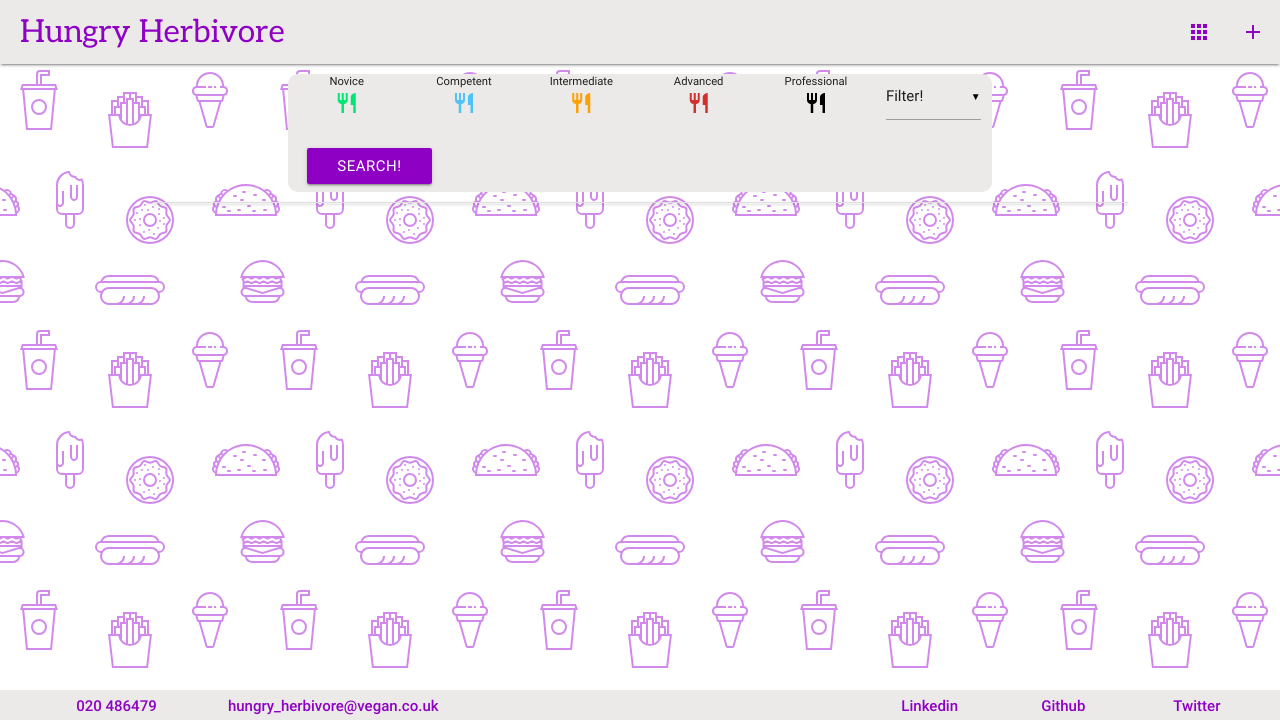
Repository: tgarratt/HungryHerbivore-Milestone3
Page: templates/recipes.html
The author's editor kept a record of every edit. The page is drawn from the files as they stood at one moment, then again after the next edit.
The browser window is 1280 px wide. The pictures show the whole page.
The template is drawn by Flask 3. The application's start-up code is not run. The template is opened directly, without the code that normally fills it, so the values that code supplies are empty.

Above is the page before.

After the next edit:
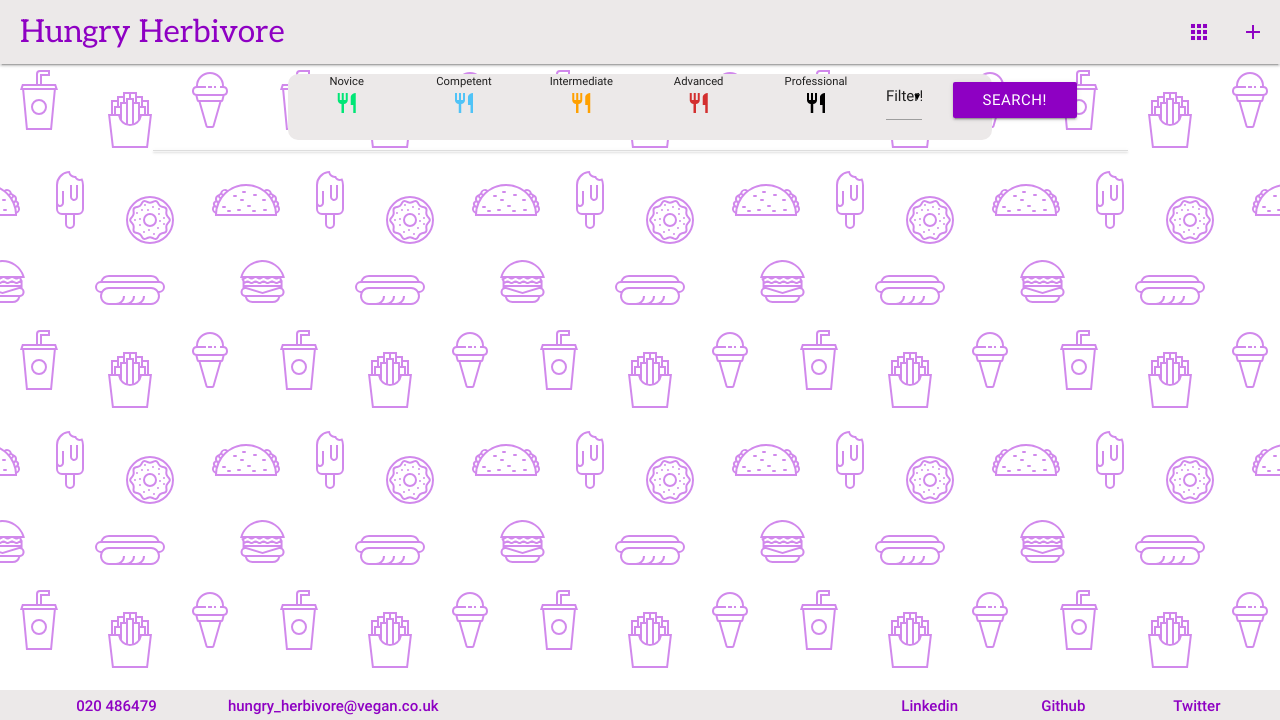
The edit:
--- a/templates/recipes.html
+++ b/templates/recipes.html
@@ -22,7 +22,7 @@
         <i class="material-icons professional mobile-hide">restaurant</i>
     </div>
     <div>
-        <div class="col m2 .key-info key-text">
+        <div class="col m1 .key-info key-text">
             <form action="{{url_for('filter')}}" method="post">
                 <div>
                     <select name="difficulty-filter" id="difficulty-filter" required>
